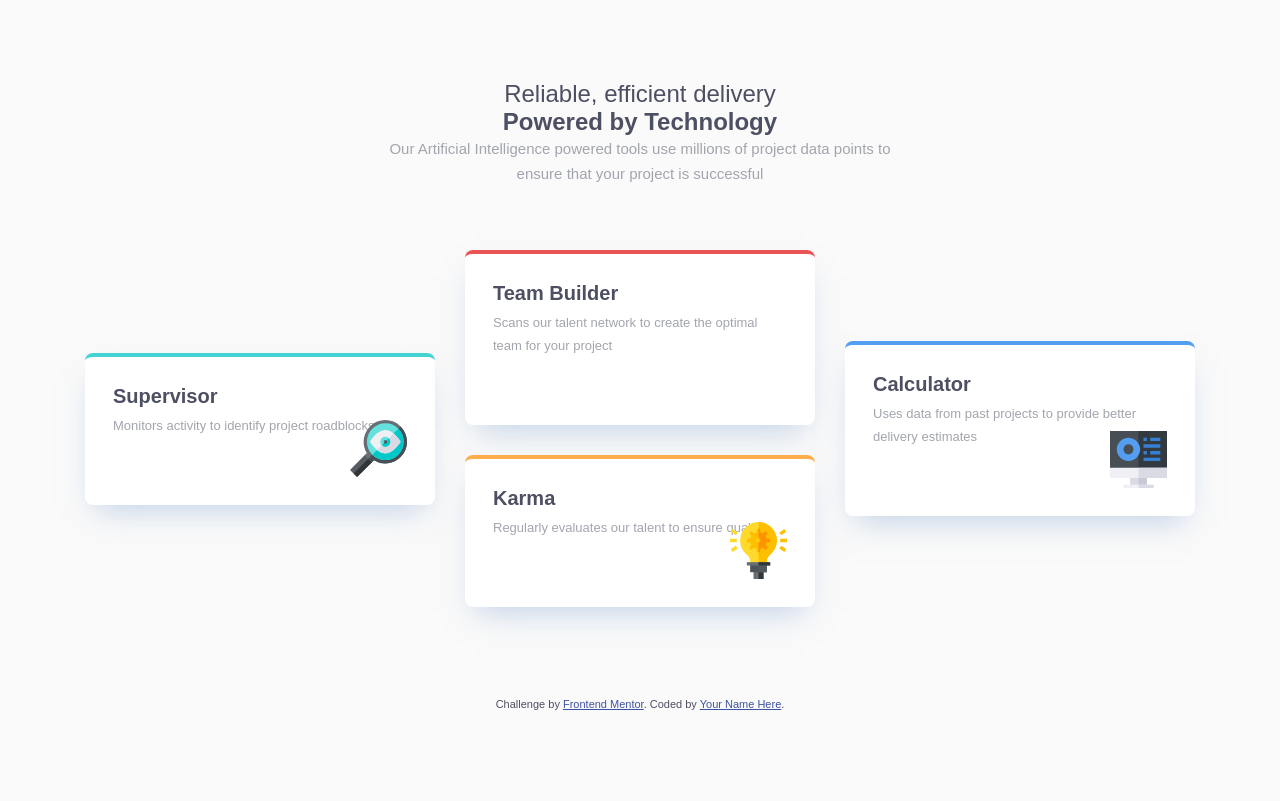
Repository: AngelaMwelu/four-card-page
Page: index.html
The author's editor kept a copy of each file at every save. The page is drawn from the files as they stood at one save, then again after the next save.
The browser window is 1280 px wide. The pictures show the whole page.

Above is the page before, as saved 2025-05-21 09:51:00.

After the next save:
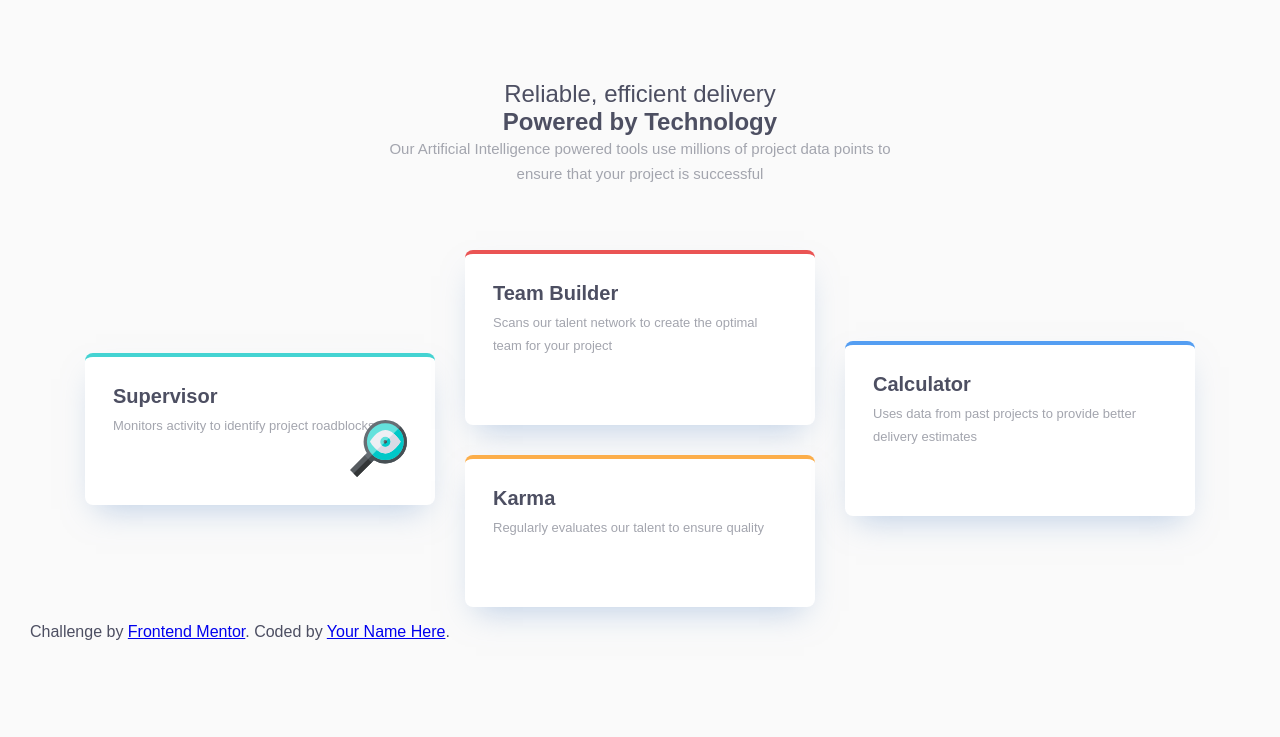
Saved 11 s later.
--- a/style.css
+++ b/style.css
@@ -131,7 +131,7 @@
 }
 
 .Supervisor::after { background-image: url('icon-supervisor.svg'); }
-.Team-Builder::after { background-image: url('icon-team-builder.svg' images\icon-team-builder.svg); }
+.Team-Builder::after { background-image: url('icon-team-builder.svg' "images\icon-team-builder.svg); }
 .Karma::after { background-image: url('icon-karma.svg'); }
 .Calculator::after { background-image: url('icon-calculator.svg'); }
 

After the save that followed:
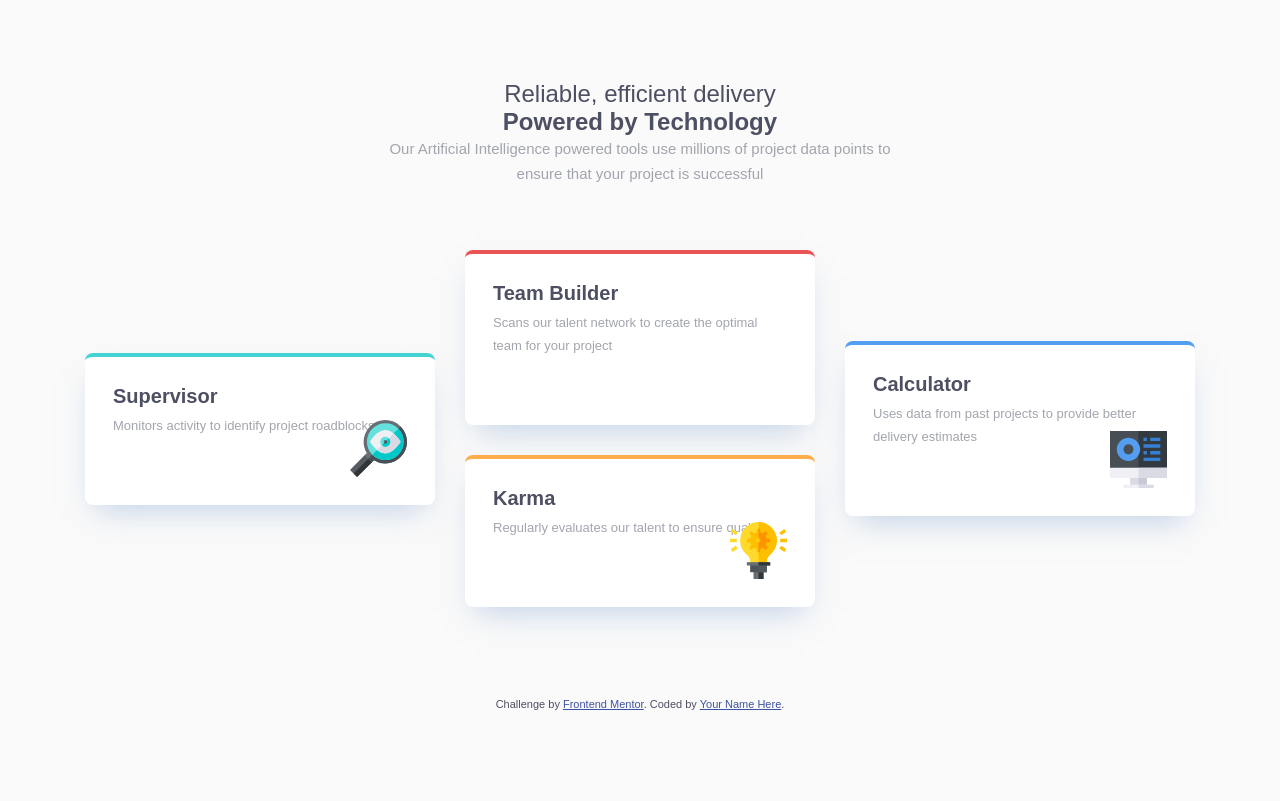
Saved 10 s later.
--- a/style.css
+++ b/style.css
@@ -131,7 +131,7 @@
 }
 
 .Supervisor::after { background-image: url('icon-supervisor.svg'); }
-.Team-Builder::after { background-image: url('icon-team-builder.svg' "images\icon-team-builder.svg); }
+.Team-Builder::after { background-image: url('icon-team-builder.svg' "images\icon-team-builder.svg"); }
 .Karma::after { background-image: url('icon-karma.svg'); }
 .Calculator::after { background-image: url('icon-calculator.svg'); }
 
